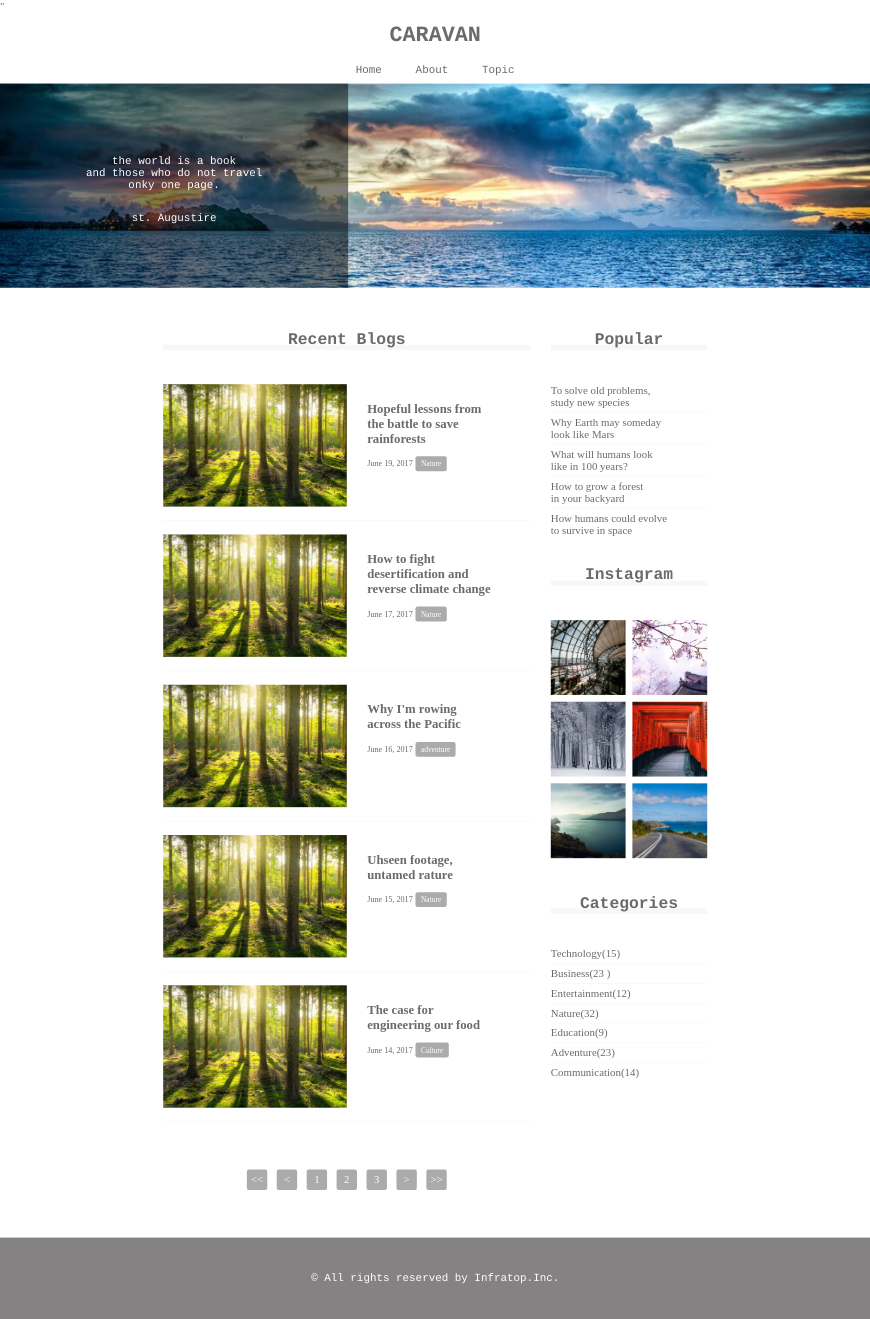
Repository: ishidaryu/ishidaryu
Page: caravan/index.html
The author's editor kept a record of every edit. The page is drawn from the files as they stood at one moment, then again after the next edit.
The browser window is 1280 px wide. The pictures show the whole page, at 68% of full size.
Some icons come from a web library that is not loaded, so they are not drawn. Some web libraries are served in a nearby version.

Above is the page before.

### caravan/index.html
<!DOCTYPE html>
<html lang="ja">

  <head>
      <meta  charset="utf-8" />
      <script src="https://kit.fontawesome.com/73f09fc4b1.js" crossorigin="anonymous"></script>"
      <link rel="stylesheet" href="style.css" />
      <title>CARAVAN</title>

  </head>

  <body>


    <header>
      <h1 class="heading">
        <a href="index.html">
        CARAVAN
        </a>
        </h1>
        <div cladd="social"></div>
    </header>

    <nav>
      <ul class="nav-list">
        <li class="nav-list-item">
          <a href="index.html">Home</a>
        </li>
        <li class="nav-list-item">About</li>
        <li class="nav-list-item">Topic</li>
      </ul>
    </nav>

    <div class="main-visual">
        <div class="main-visual-content">
          <p class="main-visual-text">
            the world is a book<br />
            and those who do not travel<br />
            onky one page.
          </p>
          <p class="main-visual-name">
            st. Augustire
          </p>
        </div>
    </div>

    <main>
      <section class="blog">
        <h2 class="blog-heading">Recent Blogs</h2>
        <div class="blog-box"></div>
        <div class="blog-item">
          <img class="blog-image" src="img/forest.jpg" />
          <section class="blog-text">
            <h3 class="blog-text-heading">
              <a href="single.html">
                Hopeful lessons from<br />
                the battle to save<br />
                rainforests
              </a>
            </h3>
            <p class="blog-date">June 19, 2017</p>
            <span class="category">Nature</span>
          </section>
        </div>


        <div class="blog-item">
          <img class="blog-image" src="img/forest.jpg" />
          <section class="blog-text">
            <h3 class="blog-text-heading">
              <a href="single.html">
                How to fight<br />
                desertification  and<br />
                reverse climate change
              </a>
            </h3>
            <p class="blog-date">June 17, 2017</p>
            <span class="category">Nature</span>
          </section>
        </div>


        <div class="blog-item">
          <img class="blog-image" src="img/forest.jpg">
          <section class="blog-text">
            <h3 class="blog-text-heading">
              <a href="single.html">
                Why I'm rowing<br />

                across the Pacific
              </a>
            </h3>
            <p class="blog-date">June 16, 2017</p>
            <span class="category">adventure</span>
          </section>
        </div>


        <div class="blog-item">
          <img class="blog-image" src="img/forest.jpg">
          <section class="blog-text">
            <h3 class="blog-text-heading">
              <a href="single.html">
                Uhseen footage,<br />
                untamed rature
              </a>
            </h3>
            <p class="blog-date">June 15, 2017</p>
            <span class="category">Nature</span>
          </section>
        </div>


        <div class="blog-item">
          <img class="blog-image" src="img/forest.jpg">
          <section class="blog-text">
            <h3 class="blog-text-heading">
              <a href="single.html">
                The case for<br />
                engineering our food
              </a>
            </h3>
            <p class="blog-date">June 14, 2017</p>
            <span class="category">Culture</span>
          </section>
        </div>

        <div class="pagination">
          <p><<</p>
          <p><</p>
          <p>1</p>
          <p>2</p>
          <p>3</p>
          <p>></p>
          <p>>></p>
        </div>


        </section>

      <div class="sidebar">
        <section class="popular">
          <h2 class="popular-heading common-heading">Popular</h2>
          <div class="sidebar-contents">
            <p class="popular-text">To solve old problems,<br>study new species</p>
            <p class="popular-text">Why Earth may someday<br>look like Mars</p>
            <p class="popular-text">What will humans look<br>like in 100 years?</p>
            <p class="popular-text">How to grow a forest<br>in your backyard</p>
            <p class="popular-text">How humans could evolve<br>to survive in space</p>
          </div>
        </section>
        <section class="instagram">
          <h2 class="instagram-heading common-heading">Instagram</h2>
          <div class="sidebar-contents">
            <div class="instagram-box"></div>
            <div class="instagram-box"></div>
            <div class="instagram-box"></div>
            <div class="instagram-box"></div>
            <div class="instagram-box"></div>
            <div class="instagram-box"></div>
          </div>
        </section>

        <section class="categories">
          <h2 class="categories-heading common-heading">Categories</h2>
          <div class="sidebar-contents">
            <p class="categories-text">
              Technology(15)
              </p>
            <p class="categories-text">
              Business(23
              )</p>
            <p class="categories-text">
              Entertainment(12)
              </p>
            <p class="categories-text">
              Nature(32)</p>
            <p class="categories-text">
              Education(9)
              </p>
            <p class="categories-text">
              Adventure(23)
              </p>
            <p class="categories-text">
              Communication(14)
              </p>
          </div>
        </section>
      </div>

    </main>

    <footer>
      <p class="footer-text">© All rights reserved by Infratop.Inc.</p>
    </footer>

  </body>
</html>

### caravan/style.css
* {
  margin: 0;
  padding: 0;
  box-sizing: border-box;
  color: #6c6b6b;
}

a {
  text-decoration: none;
}

header, nav, h2, .main-visual, footer {
  font-family: Chalkduster, "Bradley Hand", Courier, "Segoe Print", sans-serif;
}

header {
    width: 90%;
  padding: 15px 0;
  margin: 0 auto;
  text-align: center;
  position: relative;
}

.social  {
   position: absolute;
   top: 22px;
   right: 22px;
}

header .heading {
  font-size: 32px;
}

.nav-list {
  text-align: center;
  padding: 10px 0;
  margin: 0 auto;
}

.nav-list-item {
  list-style: none;
  display: inline-block;
  margin: 0 20px;
}

.main-visual {
  width: 100%;
  height: 300px;
  background-image: url(img/mv.jpg);
  background-size: cover;
  background-position:center;
}

.main-visual-content {
  width: 40%;
  height: 300px;
  background-color: rgba(0, 0, 0, 0.5);
  text-align: center;
  padding-top: 105px;
}

.main-visual-text {
  color: #fff;
}

.main-visual-name {
  margin-top:30px;
  color:#fff;
}

main {
  width:800px;
  display: flex;
  justify-content: center;
  margin: 0 auto;
  padding: 70px 0;
}

.blog {
 width:540px;
 margin-right: 30px;
}

.blog-heading {
  border-bottom: 8px solid #f7f7f7;
  text-align:center;
  line-height: 0.6;
}

.blog-box {
  padding-top: 50px;
}

.blog-item {
  padding-bottom:20px;
  margin-bottom:20px;
  border-bottom:1px solid #f7f7f7;
  display: flex;
  justify-content: flex-start;
}

.blog-image {
  height:180px;
}

.blog-text {
  padding:25px 0 0 30px;
}

.blog-text-heading {
  padding-bottom: 15px;
}

.blog-date {
  font-size: 12px;
  display: inline-block;
}
.category {
  display: inline-block;
  padding: 5px 8px;
  background-color: #acabab;
  border-radius: 3px;
  color: #fff;
  font-size: 11px;
}

.pagination {
  text-align: center;
  padding-top: 50px;
}

.pagination p {
  display: inline-block;
  width:30px;
  height: 30px;
  margin: 0 5px;
  color: #fff;
  background-color: #acabab;
  border-radius: 3px;
  line-height:30px;
}
.sidebar {
 width:230px;
}

.common-heading {
  border-bottom: 8px solid #f7f7f7;
  text-align: center;
  line-height: 0.6;
}

.sidebar-contents {
  padding: 50px 0;
}

.popular-text,
.categories-text {
  padding-bottom: 5px;
  border-bottom: 1px solid #f7f7f7;
  margin-bottom: 5px;
}

.popular-text:last-child,
.categories-text:last-child {
  margin: 0;
  padding: 0;
  border: none;
}

.instagram .sidebar-contents {
  display: flex;
  flex-wrap: wrap;
}

.instagram-box {
  width: 110px;
  padding-top: 110px;
  background-size: cover;
  background-position: center;
  margin-bottom: 10px;
}

.instagram-box:nth-child(odd) {
  margin: 0 10px 10px 0;
}

.instagram-box:nth-child(1) {
  background-image: url(img/airport.jpg);
}

.instagram-box:nth-child(2) {
  background-image: url(img/japan.jpg);
}

.instagram-box:nth-child(3) {
  background-image: url(img/snow.jpg);
}

.instagram-box:nth-child(4) {
  background-image: url(img/japan2.jpg);
}

.instagram-box:nth-child(5) {
  background-image: url(img/lake.jpg);
}

.instagram-box:nth-child(6) {
  background-image: url(img/road.jpg);
}

footer {
  width: 100%;
  height: 120px;
  text-align: center;
  line-height: 120px;
  background-color: #848282;
}

.footer-text {
  color: #fff;
}

.social i {
  color: black;
}

@media screen and (max-width:425px) {

  header {
    width: 100%;
  }

  nav-list-item {
    width: 100%;
  }

  main {
    width: 100%;
  }

  .bolg {
    width: 100%;
  }

  .category {
    display: block;
  }

  .pagination p {
    display: block;
  }

  sidebar {
    width: 100%;
}

.instagram-box {
  width: 100%;
}

After the next edit:
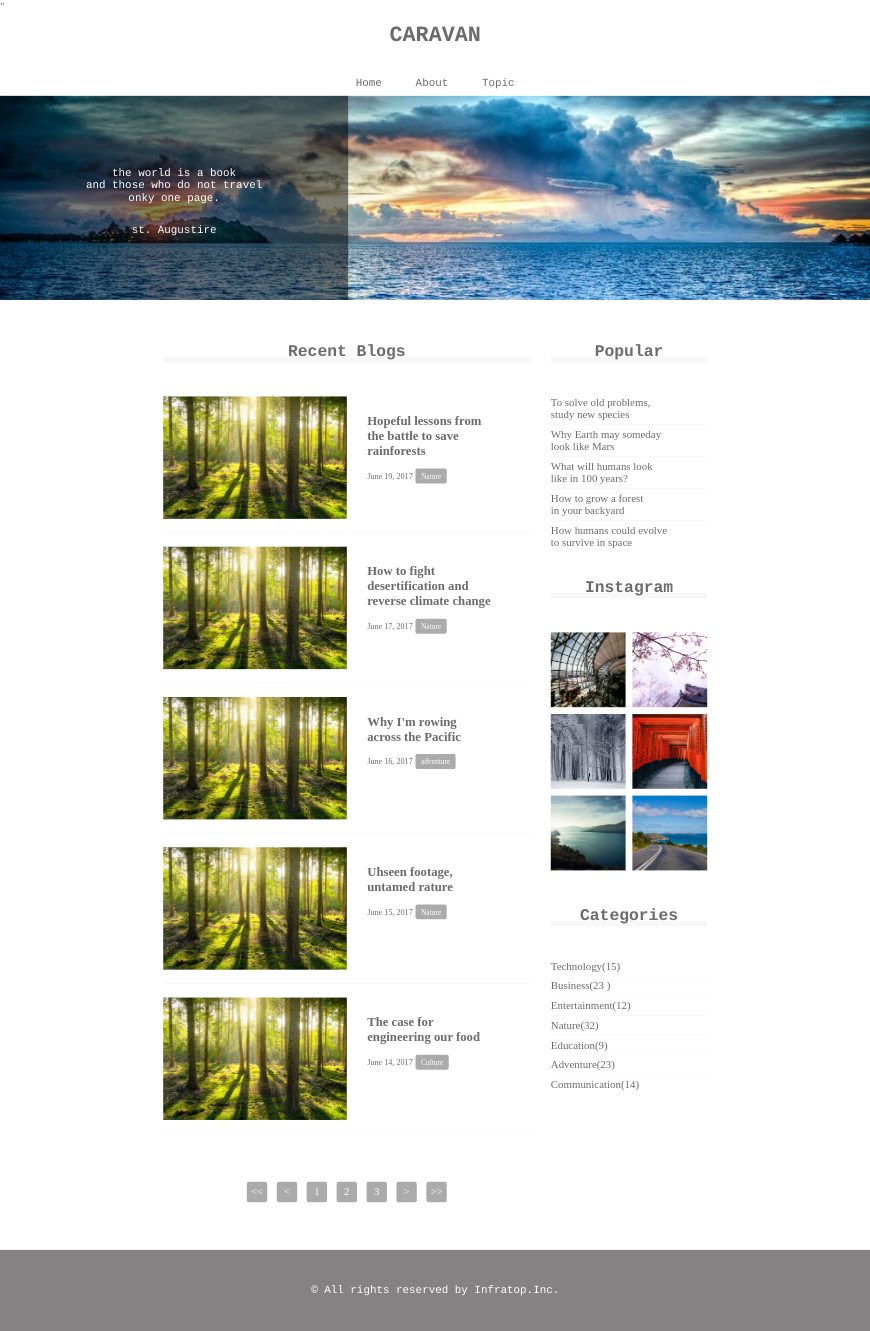
The edit:
--- a/caravan/index.html
+++ b/caravan/index.html
@@ -18,7 +18,11 @@
         CARAVAN
         </a>
         </h1>
-        <div cladd="social"></div>
+        <div cladd="social">
+          <i class="fa-duotone fa-alicorn"></i>
+          <i class="fa-light fa-alicorn"></i>
+          <i class="fa-regular fa-badger-honey"></i>
+        </div>
     </header>
 
     <nav>

After the edit that followed:
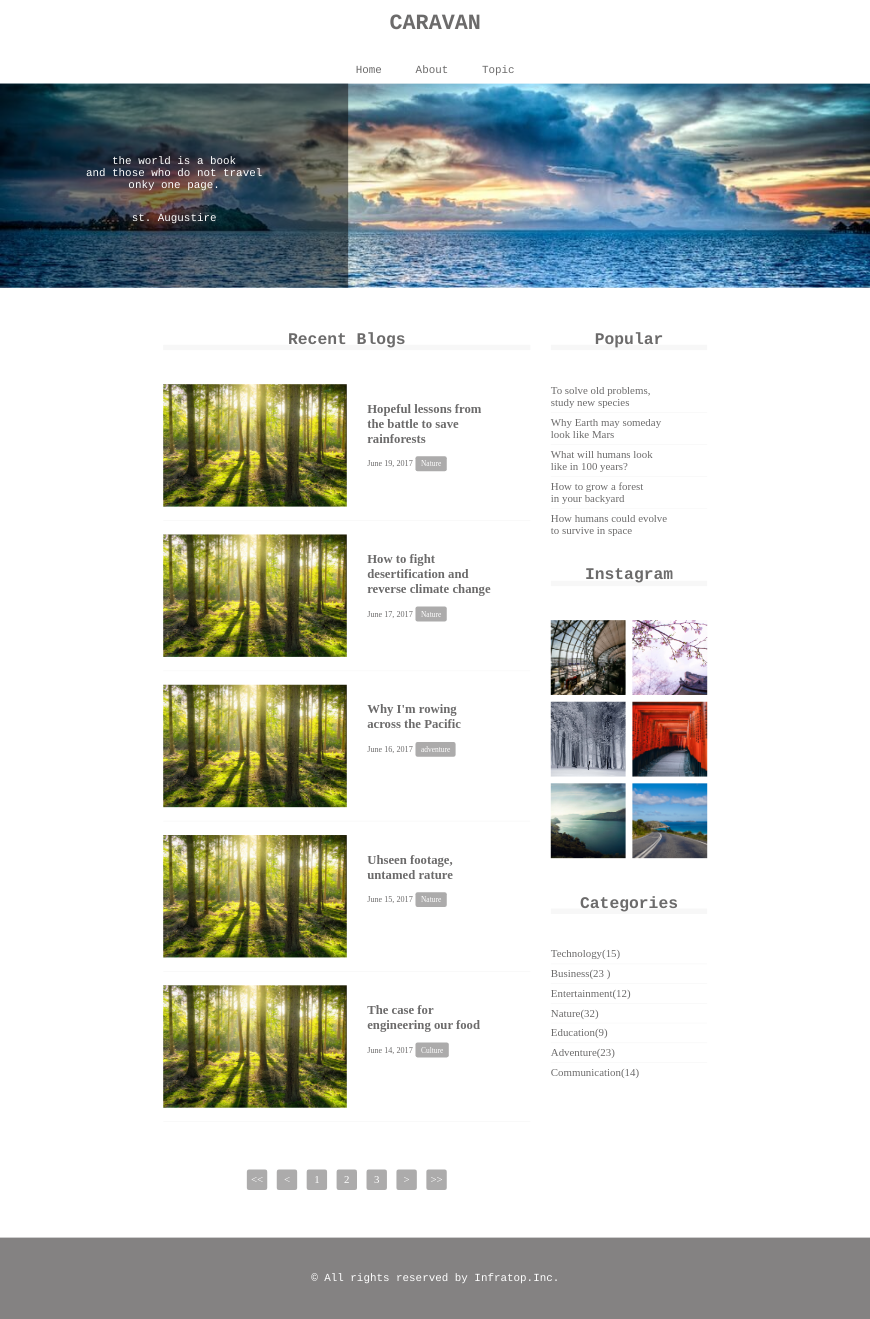
The edit:
--- a/caravan/index.html
+++ b/caravan/index.html
@@ -3,7 +3,7 @@
 
   <head>
       <meta  charset="utf-8" />
-      <script src="https://kit.fontawesome.com/73f09fc4b1.js" crossorigin="anonymous"></script>"
+      <script src="https://kit.fontawesome.com/73f09fc4b1.js" crossorigin="anonymous"></script>
       <link rel="stylesheet" href="style.css" />
       <title>CARAVAN</title>
 
